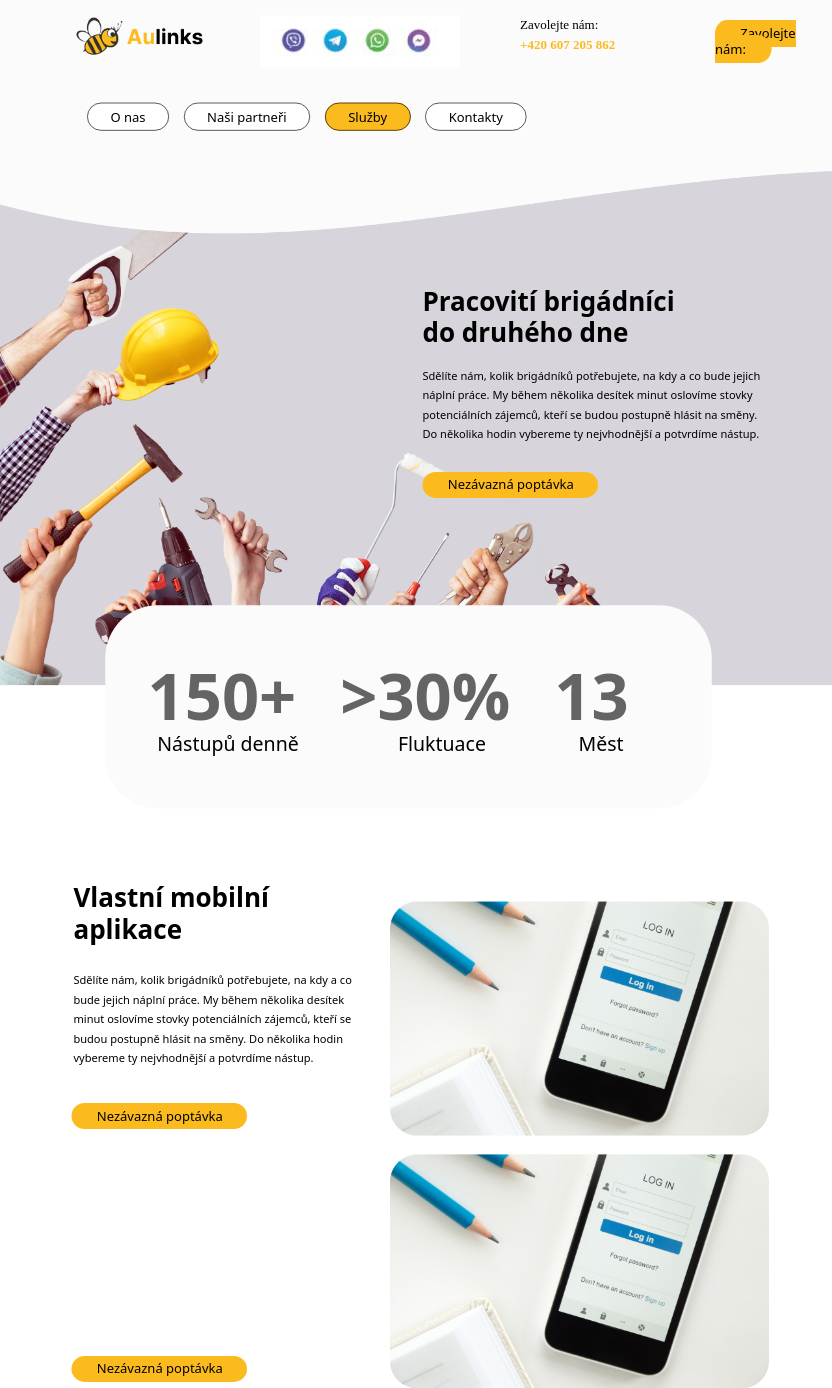
Repository: bilday08/aulinks
Page: index.html
These files come from the project's save history. The page is drawn as it stood at one moment and after the next save; the edit follows.
The browser window is 1280 px wide. The pictures show the whole page, at 65% of full size.
Some web fonts or font styles are not loaded; a fallback is used.

Above is the page before, as saved 2022-12-07 15:36:08.

### index.html
<!DOCTYPE html>
<html lang="en">
<head>
    <meta charset="UTF-8">
    <meta http-equiv="X-UA-Compatible" content="IE=edge">
    <meta name="viewport" content="width=device-width, initial-scale=1.0">
    <title>Aulinks</title>
    <link rel="stylesheet" href="./reset.css">
    <link rel="stylesheet" href="./style.css">
    <link
    rel="stylesheet"
    href="https://cdnjs.cloudflare.com/ajax/libs/font-awesome/6.2.0/css/all.min.css"
    integrity="sha512-xh6O/CkQoPOWDdYTDqeRdPCVd1SpvCA9XXcUnZS2FmJNp1coAFzvtCN9BmamE+4aHK8yyUHUSCcJHgXloTyT2A=="
    crossorigin="anonymous"
    referrerpolicy="no-referrer" />
    <link
    href="https://cdn.jsdelivr.net/npm/bootstrap@5.2.1/dist/css/bootstrap.min.css"
    rel="stylesheet"
    integrity="sha384-iYQeCzEYFbKjA/T2uDLTpkwGzCiq6soy8tYaI1GyVh/UjpbCx/TYkiZhlZB6+fzT"
    crossorigin="anonymous">
    <script
    src="https://cdn.jsdelivr.net/npm/bootstrap@5.2.1/dist/js/bootstrap.bundle.min.js"
    integrity="sha384-u1OknCvxWvY5kfmNBILK2hRnQC3Pr17a+RTT6rIHI7NnikvbZlHgTPOOmMi466C8"
    crossorigin="anonymous">
    </script>
    <link rel="preconnect" href="https://fonts.googleapis.com">
    <link rel="preconnect" href="https://fonts.gstatic.com" crossorigin>
    <link
    href="https://fonts.googleapis.com/css2?family=Inter+Tight:ital,wght@0,100;0,200;0,300;0,400;0,500;0,600;0,700;0,800;0,900;1,200;1,300;1,400;1,500;1,600;1,700;1,800;1,900&family=Inter:wght@100;200;300;400;500;600;700;800;900&display=swap"
    rel="stylesheet">
</head>
<body>
    <div class="wrapper">
        <header class="header">
            <div class="container_fluid_header">
                <div class="header__logo">
                    <img class="logo_images" src="./images/Header/logo.png" alt="logo"/>
                    <img class="logo_text" src="./images/Header/logotext.png" alt="logo"/>
                </div>
                <div class="header__contact">
                    <img class="contact_images" src="./images/Header/contact.png" alt="contact">
                </div>
                <div class="header__text">
                    <span class="text_name">Zavolejte nám:</span>
                    <span class="text_number">+420 607 205 862</span>
                </div>
                <div class="header__button">
                    <a href="#" class="button_name">Zavolejte nám:</a>
                </div>
                <div class="herder__button_white">
                    <a href="#" class="button_name_white">O nas</a>
                    <a href="#" class="button_name_white">Naši partneři</a>
                    <a href="#" class="button_name_white button_name_yellow">Služby</a>
                    <a href="#" class="button_name_white">Kontakty</a>
                </div>
            </div>
        </header>
    </div>
    <main>
        <div class="container_fluid_main">
            <div class="main__top_br">
                <img
                src="./images/Main/Rectangle 8 (9).png"
                alt="#" class="main_top_header"/>
                <h1 class="main_text">Pracovití brigádníci do druhého dne</h1>
                <p class="main_content">
                    Sdělíte nám, kolik brigádníků potřebujete,
                    na kdy a co bude jejich náplní práce. My během několika
                    desítek minut oslovíme stovky potenciálních zájemců, kteří
                    se budou postupně hlásit na směny. Do několika hodin vybereme
                    ty nejvhodnější a potvrdíme nástup.
                </p>
                <a href="#" class="main_button">Nezávazná poptávka</a>
            </div>
            <div class="main_center">
                <a href="#" class="center_button">
                    <div class="button__first">
                        <span class="button_number">150+</span>
                        <span class="button_number">>30%</span>
                        <span class="button_number">13</span>
                    </div>
                    <div class="button__second">
                        <span class="button_text">Nástupů denně</span>
                        <span class="button_text text_second">Fluktuace</span>
                        <span class="button_text text_thrid">Měst</span>
                    </div>
                </a>
            </div>
        </div>
        <section class="service">
            <div class="service_item">
                <div class="service_content">
                    <h2 class="main_text global_heading">Vlastní mobilní aplikace</h2>
                    <div class="main_content global_text">
                        Sdělíte nám, kolik brigádníků potřebujete, na kdy a co bude jejich náplní práce.
                        My během několika desítek minut oslovíme stovky potenciálních zájemců,
                        kteří se budou postupně hlásit na směny. Do několika hodin vybereme ty nejvhodnější
                        a potvrdíme nástup.
                    </div>
                    <a href="#" class="main_button global_button">Nezávazná poptávka</a>
                </div>
                <div class="service_images">
                    <img src="./images/Main/imgmain1.png" alt="#" class="service_images_right"/>
                </div>
            </div>
            <div class="service_item">
                <div class="service_content">
                    <h2 class="main_text">Vlastní mobilní aplikace</h2>
                    <div class="main_content">
                        Sdělíte nám, kolik brigádníků potřebujete, na kdy a co bude jejich náplní práce.
                        My během několika desítek minut oslovíme stovky potenciálních zájemců,
                        kteří se budou postupně hlásit na směny. Do několika hodin vybereme ty nejvhodnější
                        a potvrdíme nástup.
                    </div>
                    <a href="#" class="main_button global_button">Nezávazná poptávka</a>
                </div>
                <div class="service_images">
                    <img src="./images/Main/imgmain1.png" alt="#" class="service_images_right"/>
                </div>
            </div>
        </section>
    </main>
</body>
</html>

### style.css
html{
    font-size: 62.5%;
    /* 1rem=10px; */
}
* {
    box-sizing: border-box;
}
body{
    font-family: 'Inter Tight', sans-serif;
}
.container_fluid_header{
    max-width: 100%;
    height: 36rem;
    background-image: url(./images/Header/Rectangle\ 8\ \(10\).png);
    background-repeat: no-repeat;
    background-size: auto;
}
/* .header__logo{
    margin-top: 6rem;
} */
.logo_images{
    margin-left: 11.4rem;
    margin-top: 2rem;
    width: 7.8rem;
    height: 7.1rem;
}
.logo_text{
    margin-top: 2rem;
}
.contact_images{
    margin-left: 40rem;
    margin-top: -7rem;
    width: 30.8rem;
    height: 8.1rem;
}
.header__text{
    margin-left: 80rem;
    margin-top: -8rem;
}
.text_name{
    display: block;
    width: 14.5rem;
    height: 3rem;
    font-family: 'Inter Tight';
    font-weight: 400;
    font-size: 20px;
    line-height: 24px;
    color: black;
}
.text_number{
    color: #FBBA1D;
    width: 18.5rem;
    height: 2.4rem;
    font-family: 'Inter Tight';
    font-style: normal;
    font-weight: 700;
    font-size: 20px;
    line-height: 24px;
}
.header__button{
    margin-left: 110rem;
    margin-top: -4rem;
}
.button_name{
    text-align: center;
    text-decoration: none;
    padding: 0.8rem 3.9rem;
    color: black;
    background-color: #FBBA1D;
    width: 22.3rem;
    height: 4.1rem;
    font-weight: 400;
    font-size: 20px;
    line-height: 24px;
    border-radius: 30px;
}
.herder__button_white{
    margin-top: 8rem;
    margin-left: 11.4rem;
}
.button_name_white{
    text-decoration: none;
    text-align: center;
    color: black;
    background-color: white;
    padding: 0.7rem 3.5rem;
    width: 19rem;
    height: 4rem;
    font-weight: 400;
    font-size: 20px;
    line-height: 24px;
    border-radius: 30px;
    border: 1px solid #000000;
    margin-left: 2rem;
}
.button_name_yellow{
    background-color: #FBBA1D;
}
.main_top_header{
    max-width: 100%;
    object-fit: contain;
    margin-left: 0;
}
.container_fluid_main{
    max-width: 100%;
    height: 79.4rem;
    background-image: url(./images/Main/brmain.png);
    object-fit: cover;
    margin-top: -10em;
}
.main_text{
    width: 42.7rem;
    height: 9.6rem;
    font-weight: 600;
    font-size: 40px;
    line-height: 48px;
    color: #000000;
    margin-left: 65rem;
    margin-top: 8rem;
}
.main_content{
    width: 53.5rem;
    height: 12rem;
    font-weight: 400;
    font-size: 17px;
    line-height: 30px;
    color: #000000;
    margin-top: 2.8rem;
    margin-left: 65rem;
}
.main_button{
    text-decoration: none;
    text-align: center;
    display: block;
    padding: 8px 39px;
    color: black;
    background-color: #FBBA1D;
    width: 27rem;
    height: 4rem;
    font-weight: 400;
    font-size: 20px;
    line-height: 24px;
    border-radius: 30px;
    margin-top: 4.3rem;
    margin-left: 65rem;
    white-space: nowrap;
}
.center_button{
    text-decoration: none;
    max-width: 109rem;
    height: 31.3rem;
    background-color:#FBFBFB;
    border-radius: 81px;
    display: block;
    margin-top: 16.5rem;
    margin-left: 16.2rem;
    margin-right: 18.5rem;
    padding-top: 7.8rem;
}
.button_number{
    display: inline-block;
    font-weight: 600;
    font-size: 100px;
    line-height: 121px;
    color: #646464;
    margin-left: 6.5rem;
}
.button__first .button__second{
    display: inline;
}
.button_text{
    width: 24rem;
    height: 3.3rem;
    display: inline;
    font-weight: 400;
    font-size: 30px;
    line-height: 30px;
    color: #000000;
    margin-left: 8rem;
}
.text_second{
    margin-left: 15rem;
}
.text_thrid{
    margin-left: 14rem;
}
.global_heading{
    max-width: 41.8rem;
    height: 95px;
    margin-top: 30.3rem;
    margin-left: 11.3rem;
}
.global_text{
    max-width: 43.2rem;
    height: 18.9rem;
    margin-left: 11.3rem;
    margin-top: 4.1rem;
}
.global_button{
    margin-left: 11rem;
    margin-top: 1.5rem;
}
.service_images_right{
    width: 58.3rem;
    height: 36rem;
    display: block;
    margin-top: -35rem;
    margin-left: 60rem;
}

Loaded but not shown: reset.css (common file)

After the next save:
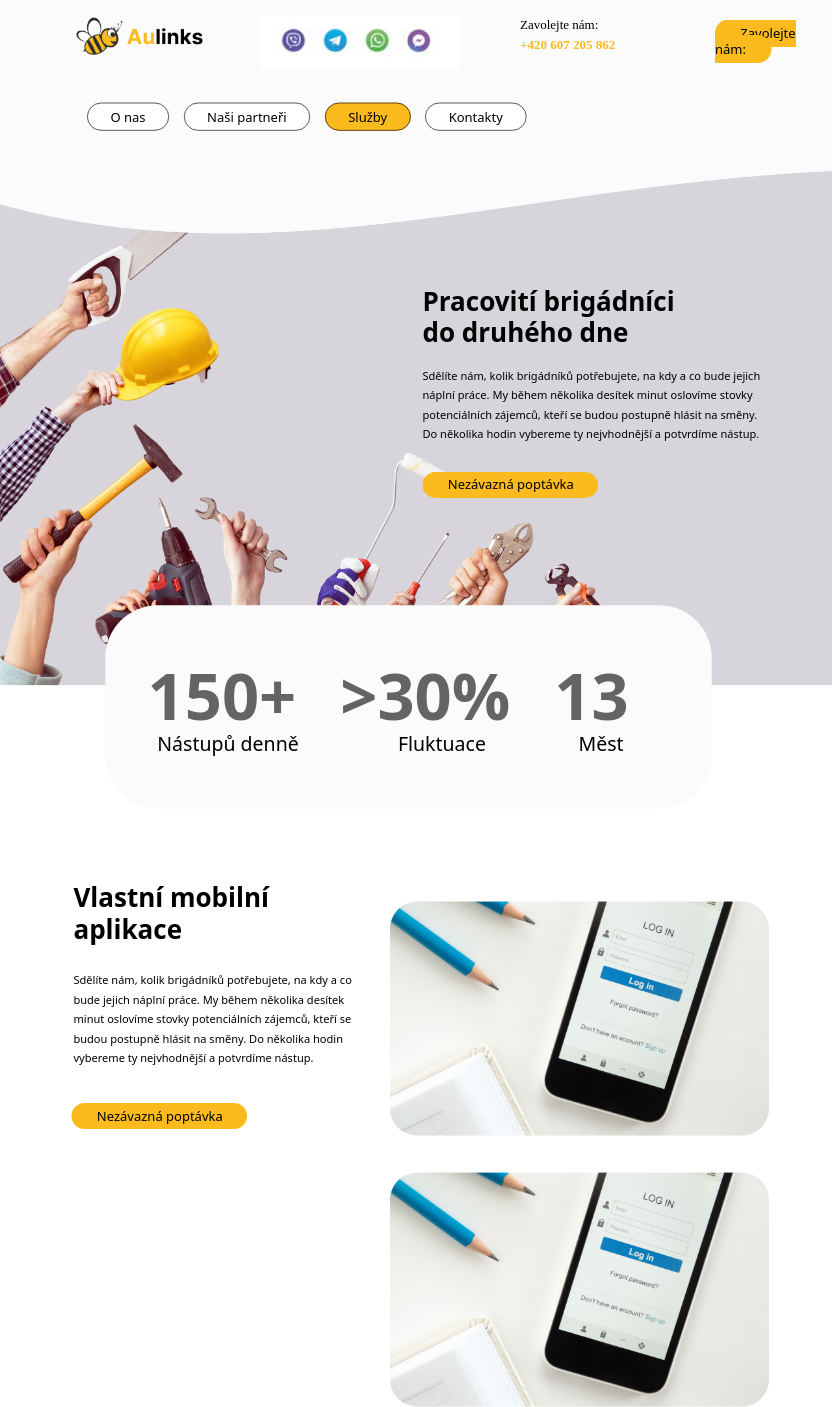
Saved 7 s later.
--- a/index.html
+++ b/index.html
@@ -112,7 +112,7 @@
                         kteří se budou postupně hlásit na směny. Do několika hodin vybereme ty nejvhodnější
                         a potvrdíme nástup.
                     </div>
-                    <a href="#" class="main_button global_button">Nezávazná poptávka</a>
+                    <a href="#" class="main_button">Nezávazná poptávka</a>
                 </div>
                 <div class="service_images">
                     <img src="./images/Main/imgmain1.png" alt="#" class="service_images_right"/>
